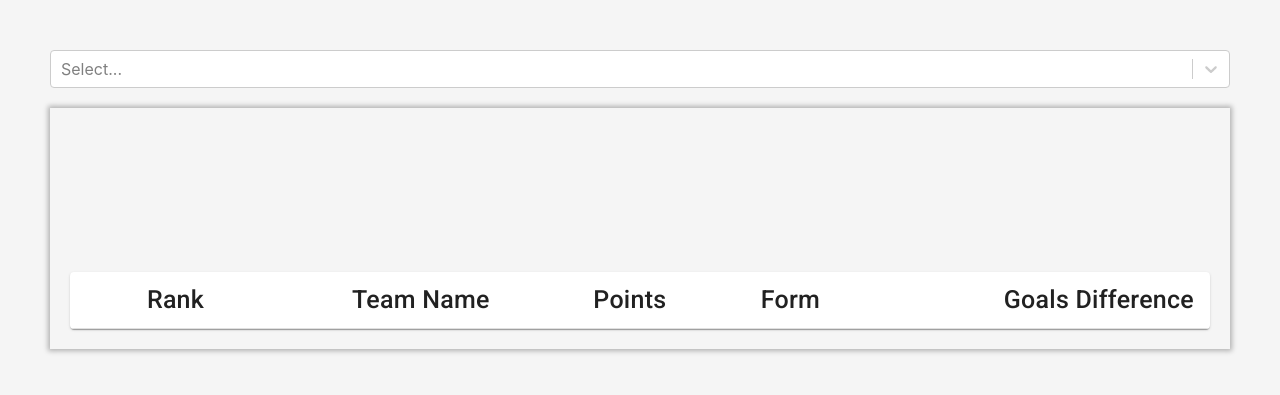
Repository: JorSargsyan/FootballApp
Page: /
An editor plug-in stored every save of this project. The page is shown before and after the next save, followed by the edit.
The browser window is 1280 px wide. The pictures show the whole page.
The page's requests for data from a server got no answer. The project was rebuilt for these pictures with package versions that can differ from the ones it lists, and the page was loaded fresh each time. No one was signed in, and anything a server would have sent is missing.

Above is the page before, as saved 2019-07-13 16:56:23.

After the next save:
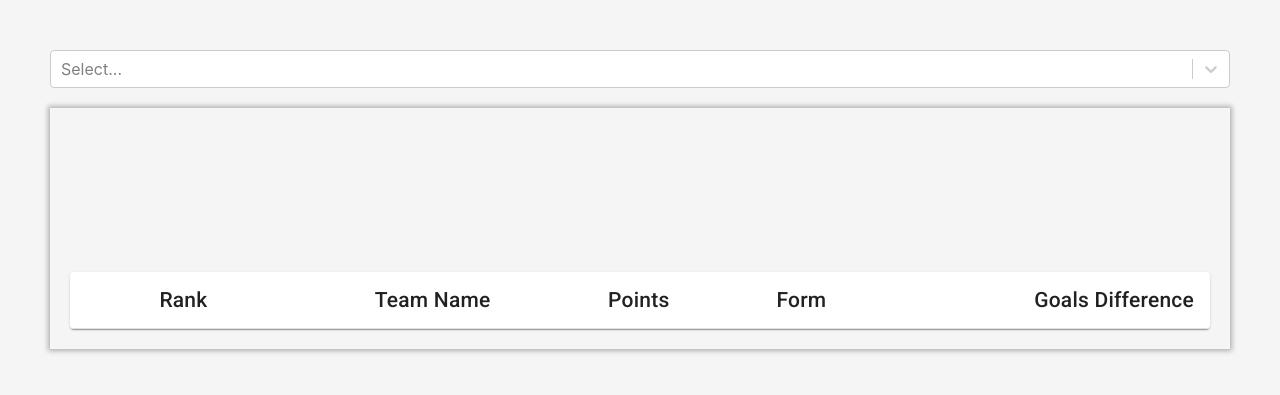
Saved 7 s later.
--- a/src/components/common/Table.js
+++ b/src/components/common/Table.js
@@ -21,7 +21,7 @@ const useStyles = makeStyles(theme => ({
       alignItems:"center"
   },
   tableTd:{
-    fontSize:"25px"
+    fontSize:"21px"
   }
 }));
 
